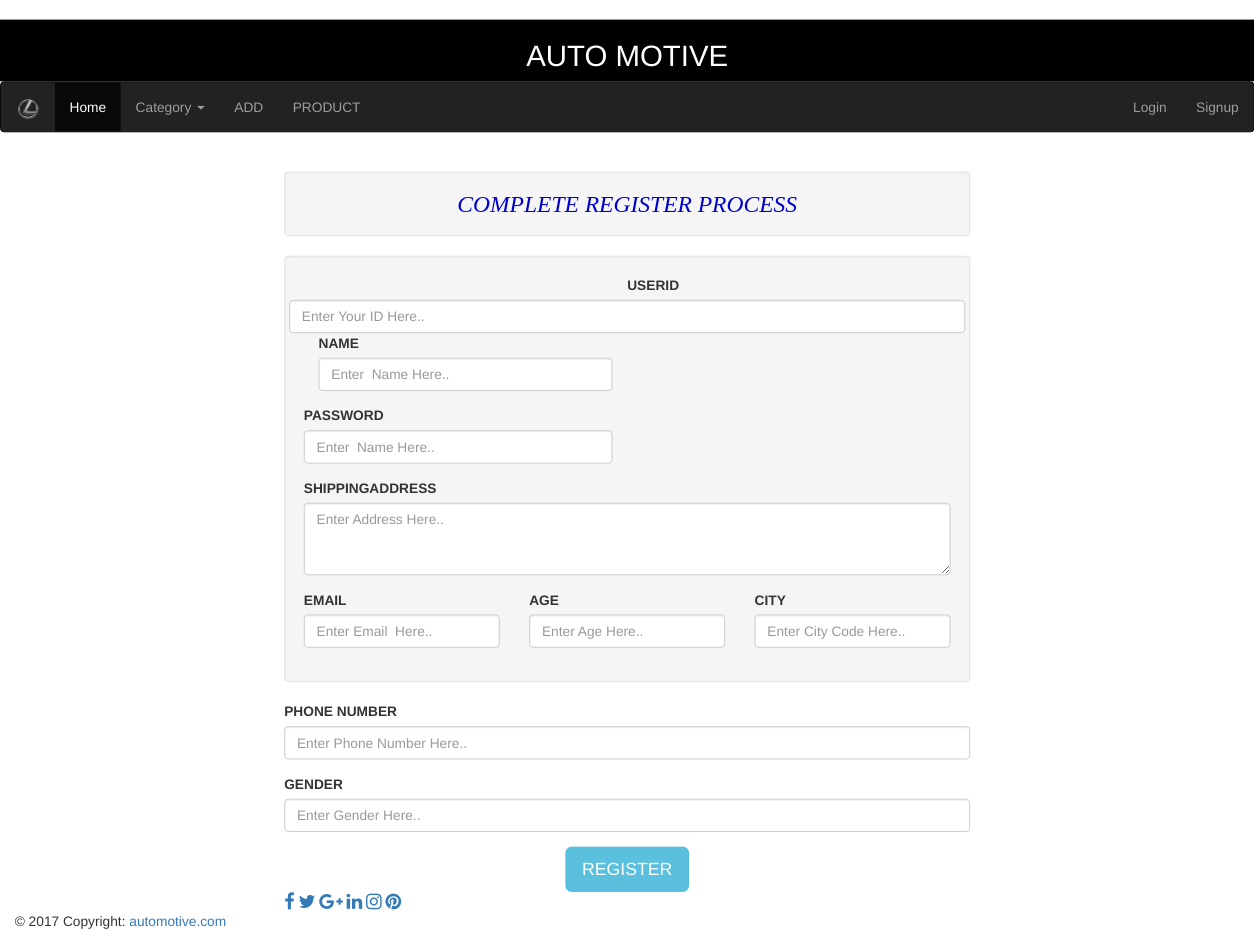
Repository: kavintech/DTProject
Page: http://localhost/Ecommerce_frontend/WEB-INF/views/registerpage.jsp
These files come from the project's save history. The page is drawn as it stood at one moment and after the next save; the edit follows.
The browser window is 1280 px wide. The pictures show the whole page, at 98% of full size.
Some web libraries are served in a nearby version. The page is served by Tomcat 9. Nobody is signed in. Other server files are loaded and not shown. The template is opened directly, without the code that normally fills it, so the values that code supplies are empty.

Above is the page before, as saved 2017-11-27 07:12:13.

### Ecommerce_frontend/src/main/webapp/WEB-INF/views/registerpage.jsp
<%@ page language="java" contentType="text/html; charset=ISO-8859-1"
    pageEncoding="ISO-8859-1"%>
<!DOCTYPE html PUBLIC "-//W3C//DTD HTML 4.01 Transitional//EN" "http://www.w3.org/TR/html4/loose.dtd">
<html>
<head>
<meta http-equiv="Content-Type" content="text/html; charset=ISO-8859-1">
<title>Insert title here</title>
<!-- To Access the Bootstrap link -->
<link rel="stylesheet" href="https://maxcdn.bootstrapcdn.com/bootstrap/3.3.7/css/bootstrap.min.css">
<script src="https://ajax.googleapis.com/ajax/libs/jquery/3.2.1/jquery.min.js"></script>
<script src="https://maxcdn.bootstrapcdn.com/bootstrap/3.3.7/js/bootstrap.min.js"></script>
<link href="//maxcdn.bootstrapcdn.com/font-awesome/4.1.0/css/font-awesome.min.css" rel="stylesheet">
<link href=".resources/css/registerpage.css" rel="stylesheet"/>
<style type="text/css">
  .backgroundclr
  {
    background-color: #fff;
  }
</style>
</head>
<body>
<jsp:include page="header.jsp"></jsp:include>
<!-- Registration form here -->
<div class="container">
    <center><h3 class="well" style="font-family: Copperplate Gothic;font-style: italic;color:#0000cc">COMPLETE REGISTER PROCESS</h3></center>
	<div class="col-lg-12 well">
	<div class="row">
				<form  action="registerpage" method="post">
					<div class="col-sm-12">
						<div class="row">
							<div class="col-sm-6 form-group"></div>

								<label>USERID</label>
								<input type="text" placeholder="Enter Your ID Here.." class="form-control" pattern="[0-9]+" required name="userid">
							</div>
							<div class="col-sm-6 form-group">
								<label>NAME</label>
								<input type="text" placeholder="Enter  Name Here.." class="form-control" pattern="^[a-zA-Z][a-zA-Z0-9-_\.]{1,20}$" required name="username">
							</div>
						</div>
						<div class="col-sm-6 form-group">
								<label>PASSWORD</label>
								<input type="text" placeholder="Enter  Name Here.." class="form-control"  pattern="[A-Za-z]+" required name="userpass">
							</div>
						</div>
						<div class="form-group">
							<label>SHIPPINGADDRESS</label>
							<textarea placeholder="Enter Address Here.." rows="3" class="form-control" pattern="^[a-zA-Z][a-zA-Z0-9-_\.]{1,20}$" required name="useraddress"></textarea>
						</div>
						<div class="row">
							<div class="col-sm-4 form-group">
								<label>EMAIL</label>
								<input type="text" placeholder="Enter Email  Here.." class="form-control" pattern="[a-z0-9._%+-]+@[a-z0-9.-]+\.[a-z]{2,4}$" required name="usermail">
							</div>
							<div class="col-sm-4 form-group">
								<label>AGE</label>
								<input type="text" placeholder="Enter Age Here.." class="form-control" required name="userage">
							</div>
							<div class="col-sm-4 form-group">
								<label>CITY</label>
								<input type="text" placeholder="Enter City Code Here.." class="form-control" pattern="^[a-zA-Z][a-zA-Z0-9-_\.]{1,20}$" required name="usercity">
							</div>
						</div>


						</div>
					<div class="form-group">
						<label>PHONE NUMBER</label>
						<input type="text" placeholder="Enter Phone Number Here.." class="form-control" pattern="^\{10}$" required name="userphone">
					</div>

					<div class="form-group">
						<label>GENDER</label>
						<input type="text" placeholder="Enter Gender Here.."  class="form-control" pattern="^[a-zA-Z][a-zA-Z0-9-_\.]{1,20}$" required name="usergen">

					</div>

					<center>
					<input type="submit" class="btn btn-lg btn-info" value="REGISTER"></input>	</center>
					</div>
				</form>
				</div>
	</div>
	 <!-- Footer of the webpages -->

 <jsp:include page="footer.jsp"></jsp:include>

	</div>
</body>
</html>

### Ecommerce_frontend/src/main/webapp/WEB-INF/views/header.jsp
<%@ page language="java" contentType="text/html; charset=ISO-8859-1"
    pageEncoding="ISO-8859-1"%>
    <%@ taglib prefix = "c" uri = "http://java.sun.com/jsp/jstl/core" %>
<!DOCTYPE html PUBLIC "-//W3C//DTD HTML 4.01 Transitional//EN" "http://www.w3.org/TR/html4/loose.dtd">
<html>
<head>
<meta http-equiv="Content-Type" content="text/html; charset=ISO-8859-1">
<title>Insert title here</title>
<link rel="stylesheet" href="https://maxcdn.bootstrapcdn.com/bootstrap/3.3.7/css/bootstrap.min.css">
  <script src="https://ajax.googleapis.com/ajax/libs/jquery/3.2.1/jquery.min.js"></script>
  <script src="https://maxcdn.bootstrapcdn.com/bootstrap/3.3.7/js/bootstrap.min.js"></script>
</head>
<body>
<div class="container-fluid" style="background-color: BLACK;">
        <div class="row">
            <div class="col-md-12">
                <h2 class="text-center" style="margin-center:8.5%;color: white">AUTO MOTIVE</h2>
     </div>
     </div>
     </div>
<nav class="navbar navbar-inverse">
  <div class="container-fluid">
    <div class="navbar-header">
    <a class="navbar-brand brand-name">

    <img  src="./resources/images/lexus.png" class="img-circle" width="25px"></a>

     </div>
    <ul class="nav navbar-nav">
      <li class="active"><a href="#">Home</a></li>
      <li class="dropdown">

        <a class="dropdown-toggle" data-toggle="dropdown" href="">Category
        <span class="caret"></span></a>
        <ul class="dropdown-menu">
         <c:forEach items="${list}" var="p">

          <li><a href="">${p.categoryname}</a></li>

         </c:forEach>
        </ul>

      </li>
      <li><a href="<c:url value="admin/add"/>" role="button" aria-haspopup="true"
					aria-expanded="false">ADD</a></li>
      <li><a href="admin/productlistview">PRODUCT</a></li>
    </ul>
    <ul class="nav navbar-nav navbar-right">
     <c:if test="${pageContext.request.userPrincipal.name == null }">
					<li>
					 <a href=' <c:url value="/login" />'>Login</a>
					</li>
				<li><a href=' <c:url value="/reg" />'>Signup</a></li>

				</c:if>
    </ul>
  </div>

</nav>

</body>
</html>

### Ecommerce_frontend/src/main/webapp/WEB-INF/views/footer.jsp
<%@ page language="java" contentType="text/html; charset=ISO-8859-1"
    pageEncoding="ISO-8859-1"%>
<!DOCTYPE html PUBLIC "-//W3C//DTD HTML 4.01 Transitional//EN" "http://www.w3.org/TR/html4/loose.dtd">
<html>
<head>
<meta http-equiv="Content-Type" content="text/html; charset=ISO-8859-1">
<title>Insert title here</title>
<link rel="stylesheet" href="https://maxcdn.bootstrapcdn.com/bootstrap/3.3.7/css/bootstrap.min.css">
  <script src="https://ajax.googleapis.com/ajax/libs/jquery/3.2.1/jquery.min.js"></script>
  <script src="https://maxcdn.bootstrapcdn.com/bootstrap/3.3.7/js/bootstrap.min.js"></script>

<!--Footer-->
<footer class="page-footer indigo center-on-small-only pt-0">

    <!--Footer Links-->
    <div class="container">

        <!--First row-->
        <div class="row">

            <!--First column-->
            <div class="col-md-12">

                <div class="footer-socials mb-5 flex-center">

                    <!--Facebook-->
                    <a class="icons-sm fb-ic"><i class="fa fa-facebook fa-lg white-text mr-md-4"> </i></a>
                    <!--Twitter-->
                    <a class="icons-sm tw-ic"><i class="fa fa-twitter fa-lg white-text mr-md-4"> </i></a>
                    <!--Google +-->
                    <a class="icons-sm gplus-ic"><i class="fa fa-google-plus fa-lg white-text mr-md-4"> </i></a>
                    <!--Linkedin-->
                    <a class="icons-sm li-ic"><i class="fa fa-linkedin fa-lg white-text mr-md-4"> </i></a>
                    <!--Instagram-->
                    <a class="icons-sm ins-ic"><i class="fa fa-instagram fa-lg white-text mr-md-4"> </i></a>
                    <!--Pinterest-->
                    <a class="icons-sm pin-ic"><i class="fa fa-pinterest fa-lg white-text"> </i></a>
                </div>
            </div>
            <!--/First column-->
        </div>
        <!--/First row-->
    </div>
    <!--/Footer Links-->

    <!--Copyright-->
    <div class="footer-copyright">
        <div class="container-fluid">
            © 2017 Copyright: <a href="https://www.automotive.com">automotive.com </a>
        </div>
    </div>
    <!--/Copyright-->

</footer>

</head>
<body>

</body>
</html>

### Ecommerce_frontend/src/main/webapp/resources/css/registerpage.css
/* Space out content a bit */
body {
  padding-top: 20px;
  padding-bottom: 20px;
}

/* Everything but the jumbotron gets side spacing for mobile first views */
.header,
.marketing,
.footer {
  padding-right: 15px;
  padding-left: 15px;
}

/* Custom page header */
.header {
  border-bottom: 1px solid #e5e5e5;
}
/* Make the masthead heading the same height as the navigation */
.header h3 {
  padding-bottom: 19px;
  margin-top: 0;
  margin-bottom: 0;
  line-height: 40px;
}

/* Custom page footer */
.footer {
  padding-top: 19px;
  color: #777;
  border-top: 1px solid #e5e5e5;
}

/* Customize container */
@media (min-width: 768px) {
  .container {
    max-width: 730px;
  }
}
.container-narrow > hr {
  margin: 30px 0;
}

/* Main marketing message and sign up button */
.jumbotron {
  text-align: center;
  border-bottom: 1px solid #e5e5e5;
}
.jumbotron .btn {
  padding: 14px 24px;
  font-size: 21px;
}

/* Supporting marketing content */
.marketing {
  margin: 40px 0;
}
.marketing p + h4 {
  margin-top: 28px;
}

/* Responsive: Portrait tablets and up */
@media screen and (min-width: 768px) {
  /* Remove the padding we set earlier */
  .header,
  .marketing,
  .footer {
    padding-right: 0;
    padding-left: 0;
  }
  /* Space out the masthead */
  .header {
    margin-bottom: 30px;
  }
  /* Remove the bottom border on the jumbotron for visual effect */
  .jumbotron {
    border-bottom: 0;
  }
}

After the next save:
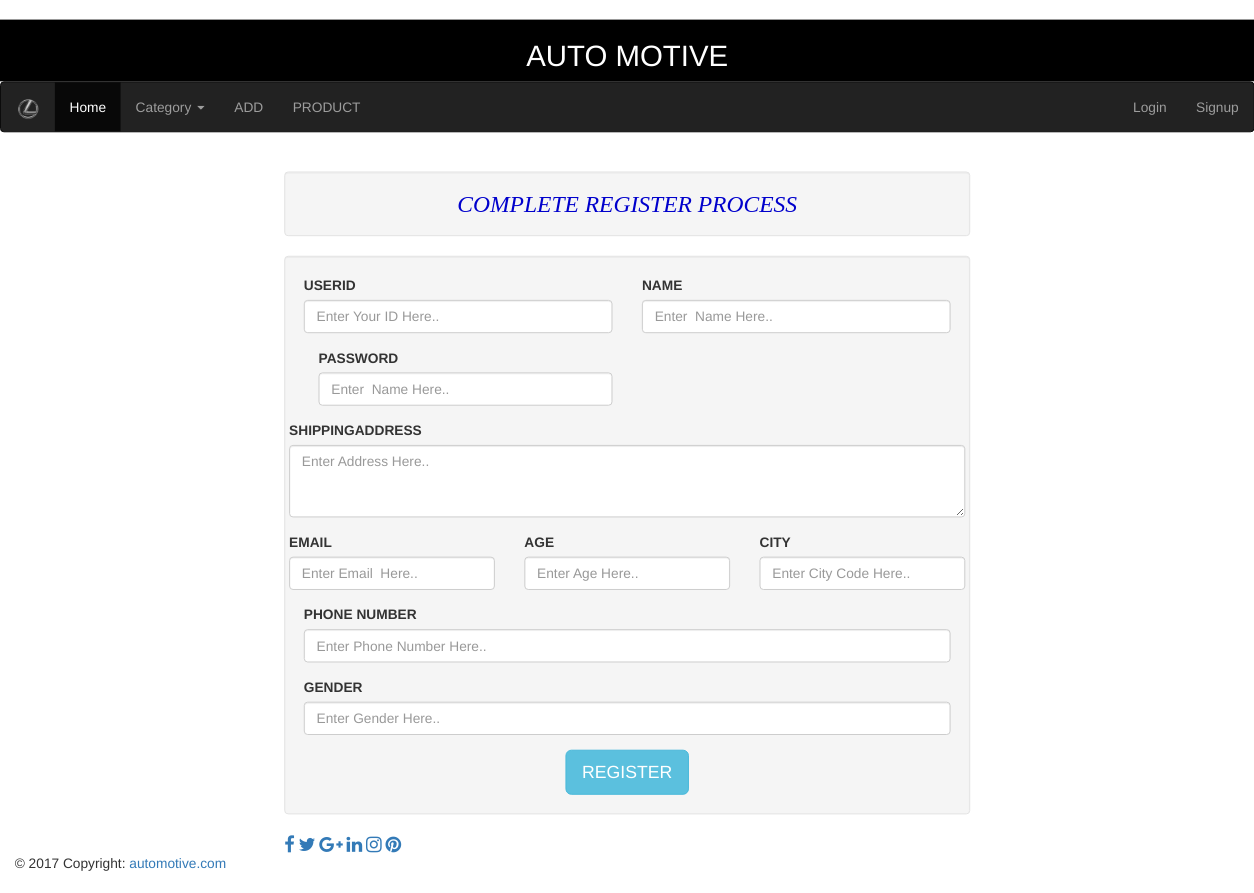
Saved 19 s later.
--- a/Ecommerce_frontend/src/main/webapp/WEB-INF/views/registerpage.jsp
+++ b/Ecommerce_frontend/src/main/webapp/WEB-INF/views/registerpage.jsp
@@ -28,7 +28,7 @@
 				<form  action="registerpage" method="post">
 					<div class="col-sm-12">
 						<div class="row">
-							<div class="col-sm-6 form-group"></div>
+							<div class="col-sm-6 form-group">
 
 								<label>USERID</label>
 								<input type="text" placeholder="Enter Your ID Here.." class="form-control" pattern="[0-9]+" required name="userid">
